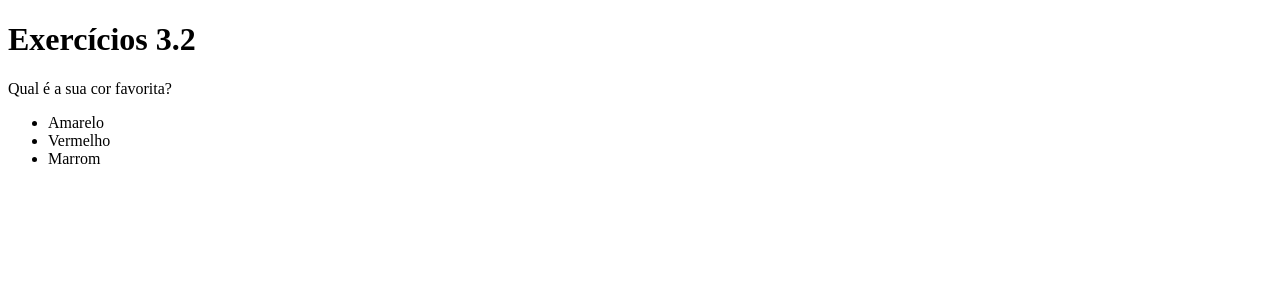
Repository: Hugobrr/trybe-exercises
Page: exercises/3_bloco/2_dia/parte 3.html
The author's editor kept a copy of each file at every save. The page is drawn from the files as they stood at one save, then again after the next save.
The browser window is 1280 px wide. The pictures show the whole page.

Above is the page before, as saved 2020-10-19 15:41:46.

### exercises/3_bloco/2_dia/parte 3.html
<!DOCTYPE html>
<html lang="pt-br">
  <head>
    <meta charset="UTF-8">
    <title>HTML</title>
    <style>
        <link rel="stylesheet" type="text/css" href="style.css" >
    </style>
  </head>
  <body>
    <h1>Exercícios 3.2</h1>
    <p>Qual é a sua cor favorita?</p>
    <ul>
      <li>Amarelo</li>
      <li>Vermelho</li>
      <li>Marrom</li>
    </ul>

    <!-- Exercícios
      Coloque todo o CSS criado até agora nos exercícios anteriores em um arquivo externo.
    -->
  </body>
</html>

### exercises/3_bloco/2_dia/style.css
h1{
    font-family: sans-serif;
}
p{
    font-weight: 600;
    font-size: 3em;
}
body{
    font-size: 16px;
}
#amarelo{
    color: yellow;
}
#vermelho{
    color: red;
}
#marrom{
    color: brown;
}

After the next save:
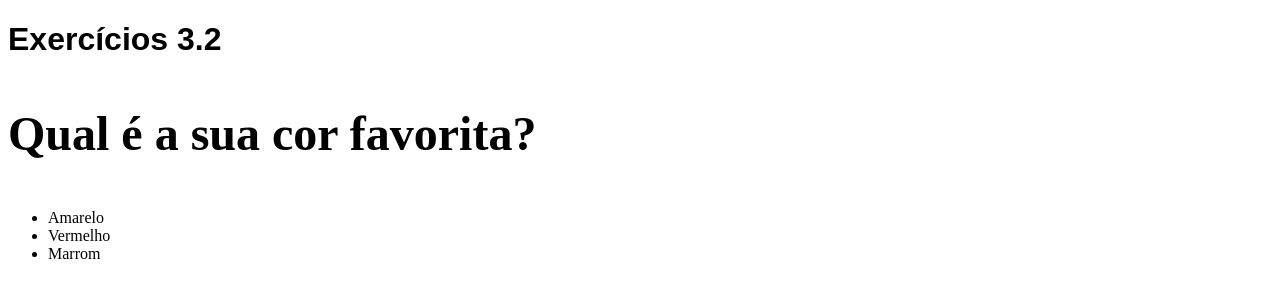
Saved 72 s later.
--- a/exercises/3_bloco/2_dia/parte 3.html
+++ b/exercises/3_bloco/2_dia/parte 3.html
@@ -3,8 +3,9 @@
   <head>
     <meta charset="UTF-8">
     <title>HTML</title>
+    <link rel="stylesheet" type="text/css" href="style.css" >
     <style>
-        <link rel="stylesheet" type="text/css" href="style.css" >
+
     </style>
   </head>
   <body>
